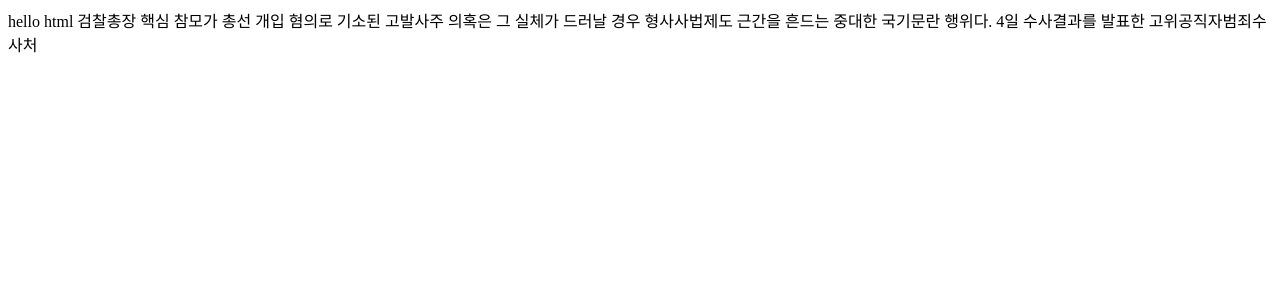
Repository: xsa1113/posco_ict
Page: html/TestSample/WebContent/index.html
An editor plug-in stored every save of this project. The page is shown before and after the next save, followed by the edit.
The browser window is 1280 px wide. The pictures show the whole page.

Above is the page before, as saved 2022-05-04 06:38:15.

After the next save:
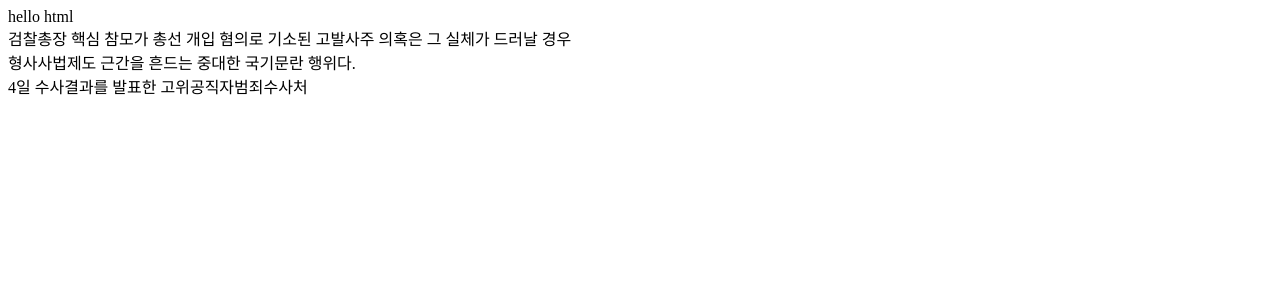
Saved 3 min 6 s later.
--- a/html/TestSample/WebContent/index.html
+++ b/html/TestSample/WebContent/index.html
@@ -20,10 +20,10 @@
  -->
 hello html
 
-
-검찰총장 핵심 참모가 총선 개입 혐의로 기소된 고발사주 의혹은 그 실체가 드러날 경우
- 형사사법제도 근간을 흔드는 중대한 국기문란 행위다.
- 4일 수사결과를 발표한 고위공직자범죄수사처
+<br> <!-- break : 개행 -->
+검찰총장 핵심 참모가 총선 개입 혐의로 기소된 고발사주 의혹은 그 실체가 드러날 경우<br>
+ 형사사법제도 근간을 흔드는 중대한 국기문란 행위다.<br>
+ 4일 수사결과를 발표한 고위공직자범죄수사처<br>
 
 </body>
 </html>
